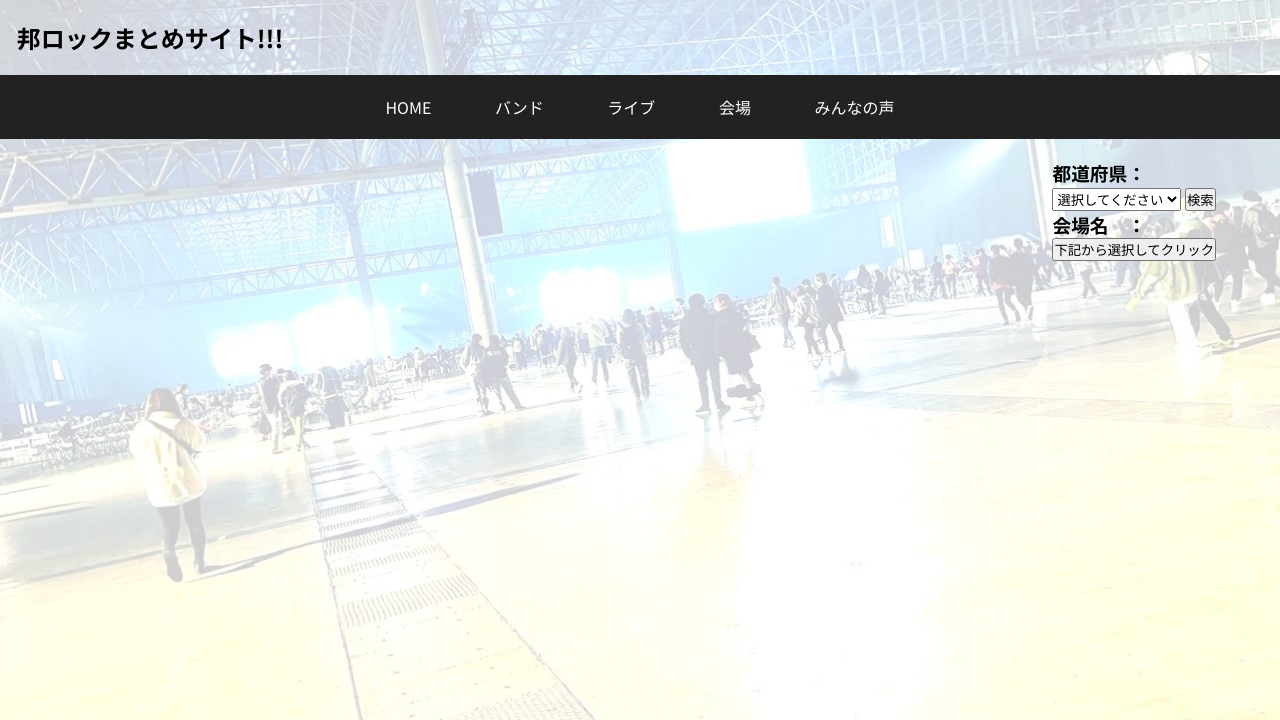
Repository: keimo15/web_live
Page: http://localhost/LetsEnjoyLive/showplace
These files come from the project's save history. The page is drawn as it stood at one moment and after the next save; the edit follows.
The browser window is 1280 px wide. The pictures show the whole page.
The page is served by Tomcat 9. Other server files are loaded and not shown.

Above is the page before, as saved 2023-07-02 23:02:36.

### LetsEnjoyLive/src/main/webapp/place.jsp
<%@page contentType="text/html;charset=utf-8" %>
<%@ page import="bean.*" %>
<jsp:useBean id="pdtoA" scope="request" class="bean.PlaceDTO" />
<jsp:useBean id="pdtoN" scope="request" class="bean.PlaceDTO" />
<html>

<head>
    <meta name="viewport" content="width=device-width, initial-scale=1">
	<link href="style.css" rel="stylesheet" type="text/css" media="all" />
    <title>邦ロックまとめサイト!!!_会場</title>

</head>

<body>
    <div class = "header">
        <nav>
            <h2 class="logo">邦ロックまとめサイト!!!</h2>
            <ul>
                <li><a href="home.html">HOME</a></li>
                <li><a href="band.jsp">バンド</a></li>
                <li><a href="live.jsp">ライブ</a></li>
                <li><a href="place.jsp">会場</a></li>
                <li><a href="review.jsp">みんなの声</a></li>
            </ul>
        </nav>
    </div>

    <div class = "main">
    	<div class = "search">
    	<form action="/LetsEnjoyLive/showplace" method="post">
        	<h3>都道府県：</h3>
        	<select name="Area">
        		<option value="" selected="selected">選択してください</option>
        		<optgroup label="北海道・東北地方">
        			<option value="北海道">北海道</option>
        			<option value="青森">青森</option>
        			<option value="岩手">岩手</option>
        			<option value="宮城">宮城</option>
        			<option value="秋田">秋田</option>
        			<option value="山形">山形</option>
        			<option value="福島">福島</option>
        		</optgroup>
        		<optgroup label="関東地方">
        			<option value="茨城">茨城</option>
        			<option value="栃木">栃木</option>
        			<option value="群馬">群馬</option>
        			<option value="埼玉">埼玉</option>
        			<option value="千葉">千葉</option>
        			<option value="東京">東京</option>
        			<option value="神奈川">神奈川</option>
        		</optgroup>
        		<optgroup label="中部地方">
        			<option value="新潟">新潟</option>
        			<option value="富山">富山</option>
        			<option value="石川">石川</option>
        			<option value="福井">福井</option>
        			<option value="山梨">山梨</option>
        			<option value="長野">長野</option>
        			<option value="岐阜">岐阜</option>
        			<option value="静岡">静岡</option>
        			<option value="愛知">愛知</option>
        		</optgroup>
        		<optgroup label="関西地方">
        			<option value="滋賀">滋賀</option>
        			<option value="京都">京都</option>
        			<option value="大阪">大阪</option>
        			<option value="兵庫">兵庫</option>
        			<option value="奈良">奈良</option>
        			<option value="和歌山">和歌山</option>
        		</optgroup>
        		<optgroup label="中国地方">
        			<option value="鳥取">鳥取</option>
        			<option value="島根">島根</option>
        			<option value="岡山">岡山</option>
        			<option value="広島">広島</option>
        			<option value="山口">山口</option>
        		</optgroup>
        		<optgroup label="四国地方">
        			<option value="徳島">徳島</option>
        			<option value="香川">香川</option>
        			<option value="愛媛">愛媛</option>
        			<option value="高知">高知</option>
        		</optgroup>
        		<optgroup label="九州地方">
        			<option value="福岡">福岡</option>
        			<option value="佐賀">佐賀</option>
        			<option value="長崎">長崎</option>
        			<option value="熊本">熊本</option>
        			<option value="大分">大分</option>
        			<option value="宮崎">宮崎</option>
        			<option value="鹿児島">鹿児島</option>
        			<option value="沖縄">沖縄</option>
        		</optgroup>
        	</select>
        	<input type="submit" value="検索" /><br />
        </form>

        <form action="/LetsEnjoyLive/showplace" method="post">
        	<h3>会場名　：</h3>
        	<input type="submit" value="下記から選択してクリック" /><br />
        <% for(int i=0; i<pdtoA.size(); i++) {
			PlaceBean pb = pdtoA.get(i); %>
			<input type="radio" name="Name" value="<%= pb.getName() %>">　<%= pb.getName() %><br />
		<% } %>
		</form>

		<%
			if (pdtoN != null && pdtoN.size() > 0) {
				PlaceBean pb = pdtoN.get(0);
		%>
		</div>
			<h1 id = "Name"><%= pb.getName() %></h1>
		<div class = "other">
			<h3>地域　　:　<%= pb.getArea() %></h3>
			<h3>収容人数:　<%= pb.getCapa() %>人</h3>
			<h3>最寄り駅:　<%= pb.getStat() %></h3>
		</div>
		<%
			}
		%>
    </div>
</body>

</html>

### LetsEnjoyLive/src/main/java/ShowPlaceServlet.java
import java.io.IOException;

import javax.servlet.RequestDispatcher;
import javax.servlet.ServletException;
import javax.servlet.annotation.WebServlet;
import javax.servlet.http.HttpServlet;
import javax.servlet.http.HttpServletRequest;
import javax.servlet.http.HttpServletResponse;

import bean.PlaceDTO;

@WebServlet("/showplace")
public class ShowPlaceServlet extends HttpServlet {
	public void doPost(HttpServletRequest req, HttpServletResponse res)
		throws IOException, ServletException {

		// 入力値(Area)を取得
		req.setCharacterEncoding("utf-8");
		String S_Area = req.getParameter("Area");
		String S_Name = req.getParameter("Name");

		// PlaceDAOオブジェクトを生成
		PlaceDAO pdao = new PlaceDAO();
		PlaceDTO pdto;

		// リクエストスコープにDTOを格納
		if (S_Area != null) {
			pdto = pdao.searchArea(S_Area);
			req.setAttribute("pdtoA", pdto);
		}
		if (S_Name != null) {
			pdto = pdao.searchName(S_Name);
			req.setAttribute("pdtoN", pdto);
		}

		// JSPにフォワード
		RequestDispatcher rd = req.getRequestDispatcher("/place.jsp");
		rd.forward(req, res);

	}

	public void doGet(HttpServletRequest req, HttpServletResponse res)
		throws IOException, ServletException {

		doPost(req, res);
	}
}

### LetsEnjoyLive/src/main/java/PlaceDAO.java
import java.sql.Connection;
import java.sql.DriverManager;
import java.sql.ResultSet;
import java.sql.Statement;

import bean.PlaceBean;
import bean.PlaceDTO;

public class PlaceDAO {
	private final String URL  = "jdbc:mysql://localhost:3306/web_live?characterEncoding=UTF-8";
	private final String USER = "root";
	private final String PASS = "pass";
	private Connection con = null;

// DBに接続
	public void connect() {
		try {
			Class.forName("com.mysql.cj.jdbc.Driver");
			con = DriverManager.getConnection(URL, USER, PASS);
		} catch(Exception e) {
			e.printStackTrace();
		}
	}

// 全件検索
	public PlaceDTO select() {
		Statement stmt = null;
		ResultSet   rs = null;
		PlaceDTO pdto = new PlaceDTO();
		String sql = "SELECT * FROM place";
		try {
			connect();
			// ステートメントを作成
			stmt = con.createStatement();
			// SQLを実行
			rs = stmt.executeQuery(sql);
			// 検索結果の処理
			while(rs.next()) {
				PlaceBean pb = new PlaceBean();
				pb.setName(rs.getString("Name"));
				pb.setArea(rs.getString("Area"));
				pb.setCapa(rs.getInt("Capa"));
				pb.setStat(rs.getString("Stat"));
				pdto.add(pb);
			}
		} catch(Exception e) {
			e.printStackTrace();
		} finally {
			try {
				if   (rs != null)   rs.close();
				if (stmt != null) stmt.close();
			} catch(Exception e) {
				e.printStackTrace();
			}
		}
		disconnect();
		return pdto;
	}

	public int insert(String I_Name, String I_Area, int I_Capa, String I_Stat) {
		String sql = "INSERT INTO place (Name, Area, Capa, Stat) VALUES ('" + I_Name + "', '" + I_Area + "', " + I_Capa + ", '" + I_Stat + "')";
		return executeSql(sql);
	}
	public int update(String U_Name, String U_Area, int U_Capa, String U_Stat) {
		String sql = "UPDATE place SET Name = '" + U_Name + "', Area = '" + U_Area + "', Capa = " + U_Capa + ", Stat = '" + U_Stat + "' WHERE Name = '" + U_Name + "'";
		return executeSql(sql);
	}
	public int delete(String D_Name) {
		String sql = "DELETE FROM place WHERE Name = '" + D_Name + "'";
		return executeSql(sql);
	}

// SQL実行
	public int executeSql(String sql) {
		Statement stmt = null;
		ResultSet rs = null;
		int result = 0;
		try {
			connect();
			stmt = con.createStatement();
			result = stmt.executeUpdate(sql);
		} catch(Exception e) {
			e.printStackTrace();
		} finally {
			try {
				if   (rs != null) rs.close();
				if (stmt != null) stmt.close();
			} catch(Exception e) {
				e.printStackTrace();
			}
		}
		disconnect();
		return result;
	}

// 都道府県検索
	public PlaceDTO searchArea(String S_Area) {
		Statement stmt = null;
		ResultSet rs = null;
		PlaceDTO pdto = new PlaceDTO();
		String sql = "SELECT * FROM place WHERE Area = '" + S_Area + "'";
		try {
			connect();
			stmt = con.createStatement();
			rs = stmt.executeQuery(sql);
			while(rs.next()) {
				PlaceBean pb = new PlaceBean();
				pb.setName(rs.getString("Name"));
				pb.setArea(rs.getString("Area"));
				pb.setCapa(rs.getInt("Capa"));
				pb.setStat(rs.getString("Stat"));
				pdto.add(pb);
			}
		} catch(Exception e) {
			e.printStackTrace();
		} finally {
			try {
				if (rs != null) rs.close();
				if (stmt != null) stmt.close();
			} catch(Exception e) {
				e.printStackTrace();
			}
		}
		disconnect();
		return pdto;
	}

// 会場検索
		public PlaceDTO searchName(String S_Name) {
			Statement stmt = null;
			ResultSet rs = null;
			PlaceDTO pdto = new PlaceDTO();
			String sql = "SELECT * FROM place WHERE Name = '" + S_Name + "'";
			try {
				connect();
				stmt = con.createStatement();
				rs = stmt.executeQuery(sql);
				while(rs.next()) {
					PlaceBean pb = new PlaceBean();
					pb.setName(rs.getString("Name"));
					pb.setArea(rs.getString("Area"));
					pb.setCapa(rs.getInt("Capa"));
					pb.setStat(rs.getString("Stat"));
					pdto.add(pb);
				}
			} catch(Exception e) {
				e.printStackTrace();
			} finally {
				try {
					if (rs != null) rs.close();
					if (stmt != null) stmt.close();
				} catch(Exception e) {
					e.printStackTrace();
				}
			}
			disconnect();
			return pdto;
		}

	public void disconnect() {
		try {
			if (con != null) con.close();
		} catch(Exception e) {
			e.printStackTrace();
		}
	}
}

### LetsEnjoyLive/src/main/java/bean/PlaceDTO.java
package bean;

import java.io.Serializable;
import java.util.ArrayList;

public class PlaceDTO implements Serializable {
	private ArrayList<PlaceBean> list;

	public PlaceDTO() {
		list = new ArrayList<PlaceBean>();
	}
	public void add(PlaceBean pb) {
		list.add(pb);
	}
	public PlaceBean get(int i) {
		return list.get(i);
	}
	public int size() {
		return list.size();
	}
}

### LetsEnjoyLive/src/main/webapp/style.css
@import url("https://fonts.googleapis.com/css2?family=Noto+Sans+JP:wght@100;400;700&display=swap");

/* 基本情報 */
* {
    margin: 0;
    padding: 0;
    box-sizing: border-box;
    font-family: "Noto Sans JP", sans-serif;
}

/* 全体背景 */
body {
	background-color: #486d46;
	background-image: url("Portfolio_Rock_background.jpg");
	background-size: cover;
	background-position: center center;
	background-repeat: no-repeat;
	background-attachment: fixed;
}

/* ヘッダー */
.header {
    width: 100%;
    background-position: center;
    background-size: cover;
}

nav {
    width: 100%;
    padding: 20px 0;
    text-align: center;
}

/* サイトロゴ */
.logo {
    width: 300px;
    margin: 0 auto 20px 0;
    cursor: pointer;
}

nav ul {
    background: #222;
    list-style: none;
}

nav ul li {
    display: inline-block;
    list-style: none;
    margin: 20px 30px;
}

nav ul li a {
    text-decoration: none;
    color: white;
}

/* アンカー */
a:hover {
    color: #F00;
}

#Name {
	float: left;
	margin: 0 0 0 5%;
}

.other {
	clear: both;
	text-align: left;
	margin: 5% auto 0 5%;
}

.search {
	float: right;
	margin: 0 5% 0 0;
}

#apeal {
    font-size: 100px;
    width: 400px;
    margin: 20px;
    text-align: left;
    font-family: "MS P明朝";
}

#apeal_smaller {
	font-size: 40px;
    width: 400px;
    margin: 20px;
    text-align: left;
    font-family: "MS P明朝";
    color:#999;
}

After the next save:
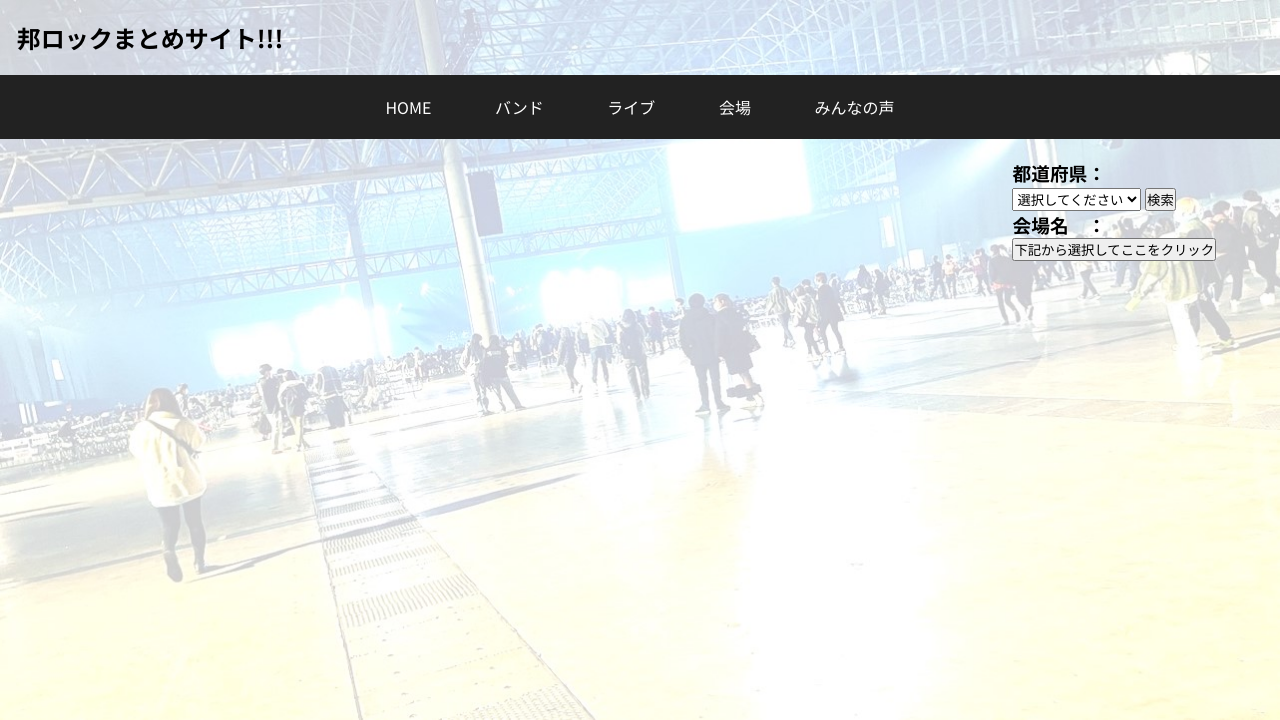
Saved 22 min 31 s later.
--- a/LetsEnjoyLive/src/main/webapp/place.jsp
+++ b/LetsEnjoyLive/src/main/webapp/place.jsp
@@ -16,7 +16,7 @@
         <nav>
             <h2 class="logo">邦ロックまとめサイト!!!</h2>
             <ul>
-                <li><a href="home.html">HOME</a></li>
+                <li><a href="index.html">HOME</a></li>
                 <li><a href="band.jsp">バンド</a></li>
                 <li><a href="live.jsp">ライブ</a></li>
                 <li><a href="place.jsp">会場</a></li>
@@ -97,7 +97,7 @@
 
         <form action="/LetsEnjoyLive/showplace" method="post">
         	<h3>会場名　：</h3>
-        	<input type="submit" value="下記から選択してクリック" /><br />
+        	<input type="submit" value="下記から選択してここをクリック" /><br />
         <% for(int i=0; i<pdtoA.size(); i++) {
 			PlaceBean pb = pdtoA.get(i); %>
 			<input type="radio" name="Name" value="<%= pb.getName() %>">　<%= pb.getName() %><br />
